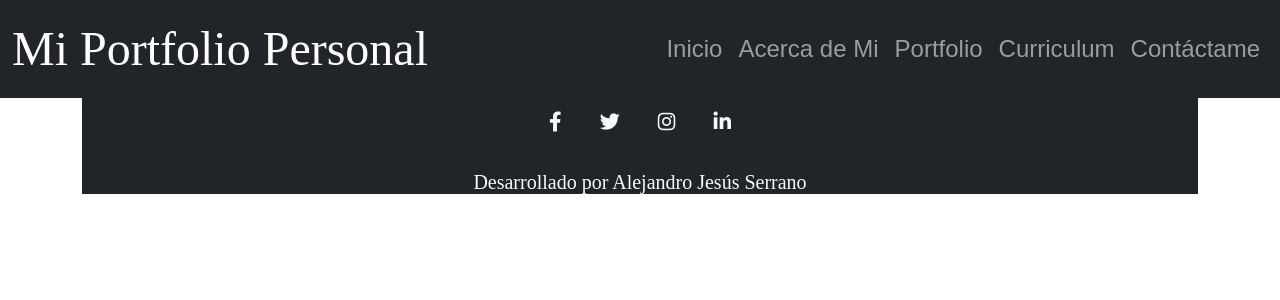
Repository: AlejandroJesusSerrano/portfolio
Page: portfolio/core/templates/core/base.html
The author's editor kept a copy of each file at every save. The page is drawn from the files as they stood at one save, then again after the next save.
The browser window is 1280 px wide. The pictures show the whole page.
Some web fonts or font styles are not loaded; a fallback is used. The template is drawn by Django 4.2. The application's start-up code is not run. The template is opened directly, without the code that normally fills it, so the values that code supplies are empty.

Above is the page before, as saved 2023-09-06 08:31:03.

After the next save:
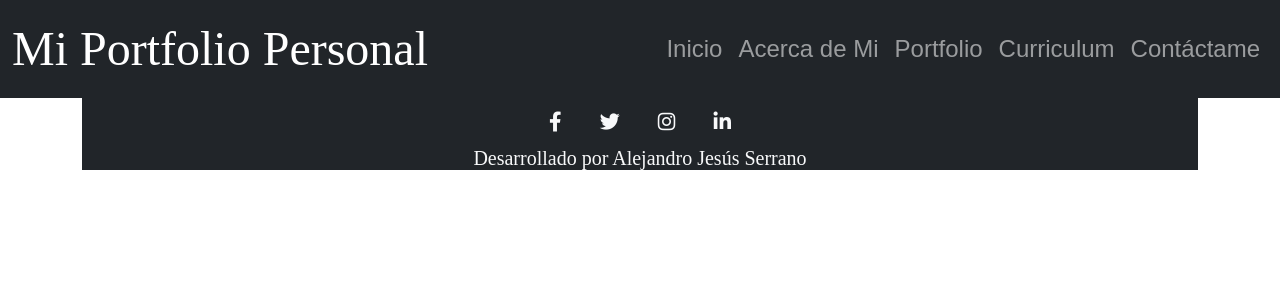
Saved 18 s later.
--- a/portfolio/core/templates/core/base.html
+++ b/portfolio/core/templates/core/base.html
@@ -64,12 +64,12 @@
             <i class="fab fa-linkedin-in"></i>
           </a>
         </div>
+        <div class="container">
+          <div class="develop">
+            <h5>Desarrollado por Alejandro Jesús Serrano</h5>
+          </div>
+        </div>
       </section>
-      <div class="container">
-        <div class="develop">
-          <h5>Desarrollado por Alejandro Jesús Serrano</h5>
-        </div>
-      </div>
     </footer>
   </div>
   <!-- End of .container -->
